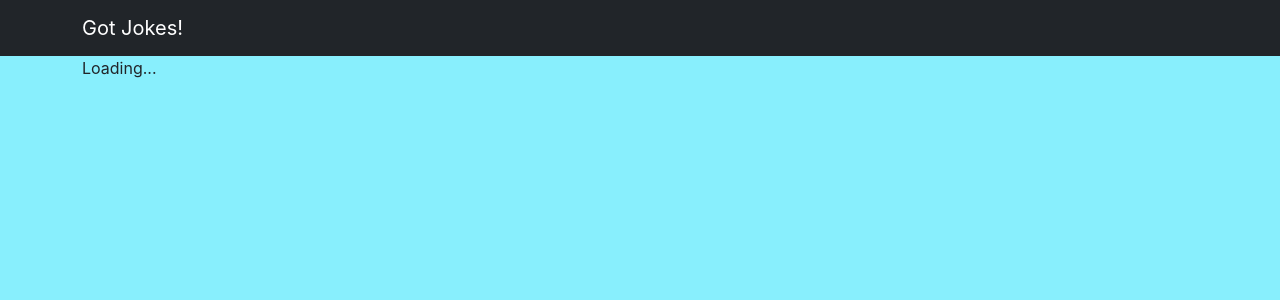
Repository: jontslater/LAB-joke-generator-react
Page: /
These files come from the project's save history. The page is drawn as it stood at one moment and after a run of saves; the edit follows.
The browser window is 1280 px wide. The pictures show the whole page.
The page's requests for data from a server got no answer. The project was rebuilt for these pictures with package versions that can differ from the ones it lists, and the page was loaded fresh each time. The framework's server and built-in components were replaced by stand-ins that run in the browser. No one was signed in, and anything a server would have sent is missing. Also part of the build but not shown: next.config.js.

Above is the page before, as saved 2024-01-09 16:02:31.

After the next 2 saves:
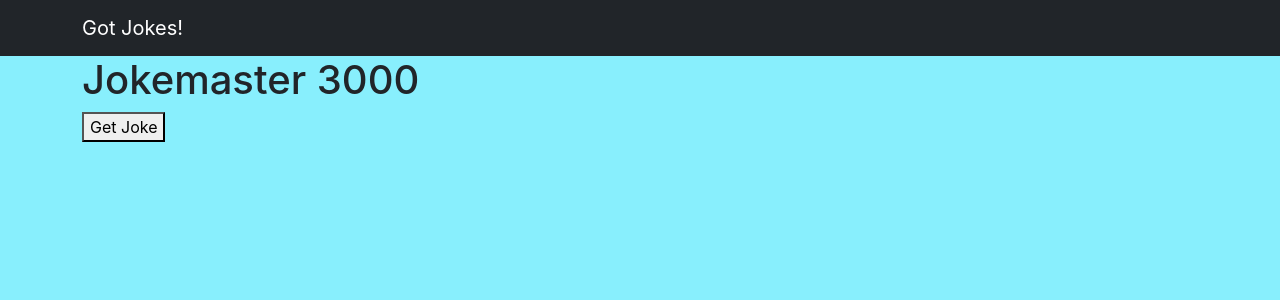
The 2 saves are shown as one change because 1 did not build or start.
The last was saved 2 min 3 s later.
--- a/components/Jokes.js
+++ b/components/Jokes.js
@@ -2,23 +2,23 @@ import { useEffect, useState } from 'react';
 
 function Jokes() {
   function getJoke() {
-    setIsLoading(true);
+    // setIsLoading(true);
     fetch('https://v2.jokeapi.dev/joke/Programming?safe-mode&type=twopart')
       .then((response) => response.json())
       .then((data) => {
         setJoke(data.setup);
-        setIsLoading(false);
+        // setIsLoading(false);
       });
   }
   const [joke, setJoke] = useState([]);
-  const [isLoading, setIsLoading] = useState(true);
+  // const [isLoading, setIsLoading] = useState(true);
   useEffect(() => {
     getJoke();
   }, []);
 
-  if (isLoading) {
-    return <p>Loading...</p>;
-  }
+  // if (isLoading) {
+  //   return <p>Loading...</p>;
+  // }
   return (
     <>
       <h1>Jokemaster 3000</h1>
